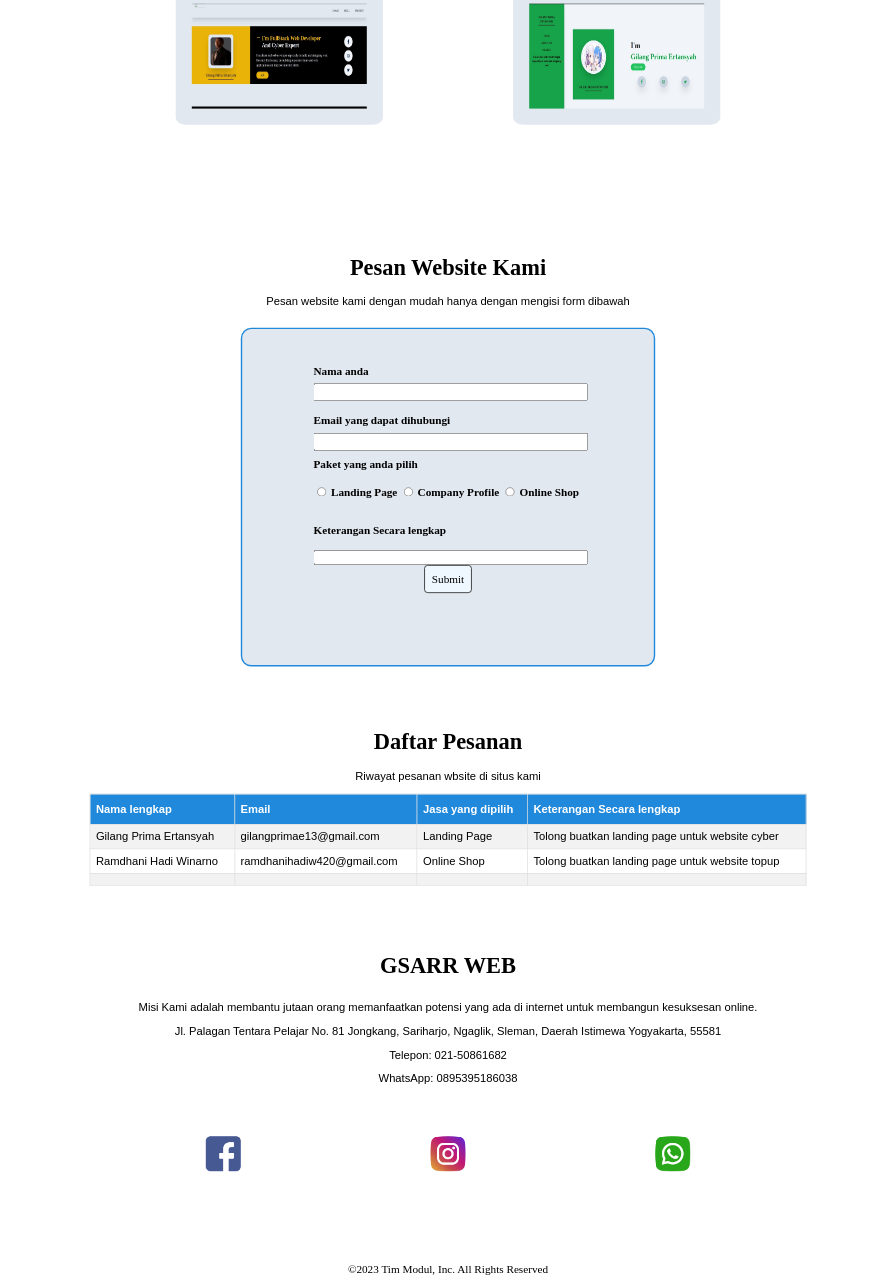
Repository: zecht12/TimModul
Page: TimModul.html
These files come from the project's save history. The page is drawn as it stood at one moment and after the next save; the edit follows.
The browser window is 1280 px wide. The pictures show the part of the page from y = 2543 to 4463 px (the page is 4378 px tall before and 4463 px after), at 70% of full size.

Above is the page before, as saved 2023-04-27 19:22:35.

### TimModul.html
<!DOCTYPE html>
<html lang="en">
<head>
    <meta charset="UTF-8">
    <meta http-equiv="X-UA-Compatible" content="IE=edge">
    <meta name="viewport" content="width=device-width, initial-scale=1.0">
    <link rel="stylesheet" href="style.css">
    <script src="script.js"></script>
    <title>Jasa Coding</title>
</head>
<body>
    <div style="height: 80px; width: 100%; background-color: white;">
        <header>
            <img src="./assets/wallpaper.jpg" alt="Image" style="height: 50px; width: 50px; border-radius: 100%;" >
            <ul class="nav_links">
                <li><a href="#">Home</a></li>
                <li><a href="#Paket">Harga</a></li>
                <li><a href="#Produk">Produk</a></li>
                <li><a href="#Forms">Form</a></li>
                <li><a href="#Dokumen">Dokumen</a></li>
            </ul>
        </headers>
    </div>
    <div style="background-image: url(./assets/bg.jpg); background-size: cover; background-position: top; width: 100%; height: 120vh; background-repeat: no-repeat; background-position: center;">
        <div style="display: flex; justify-content: center; align-items: center; padding: 5%; width: auto; height: auto;">
            <div style="height: auto; width: 70%; display: flex ; justify-content: center; align-items: center;">
                <div>
                    <div style=" display: flex; justify-content: center; align-items: center;">
                        <p style="text-align: center; color: white; font-size: 50px; font-weight: bold; width: 80%;">Jasa Pembuatan Website untuk Segala Kebutuhan Anda!</p>
                    </div>
                    <div style=" display: flex; justify-content: center; align-items: center; ">
                        <p style="text-align: center; color: white; font-size: large; width: 80%; ">Ingin wujudkan website impian tanpa ribet? Kami siap membantu Anda! Tersedia layanan jasa pembuatan website murah dan berkualitas dengan fitur terlengkap!</p>
                    </div>
                    <div style=" display: flex; justify-content: space-evenly; align-items: center;">
                        <div style=" display: flex; justify-content: center; align-items: center; gap: 5px;">
                            <img src="./assets/check.png" alt="check" width="30px" height="30px">
                            <p style="text-align: center; color: white; font-size: medium;">Proses Cepat</p>
                        </div>
                        <div style=" display: flex; justify-content: center; align-items: center; gap: 5px;">
                            <img src="./assets/check.png" alt="check" width="30px" height="30px">
                            <p style="text-align: center; color: white; font-size: medium">Harga Terjangkau</p>
                        </div>
                        <div style=" display: flex; justify-content: center; align-items: center; gap: 5px;">
                            <img src="./assets/check.png" alt="check" width="30px" height="30px">
                            <p style="text-align: center; color: white; font-size: medium;">Website Profesional</p>
                        </div>
                    </div>
                    <div style=" display: flex; justify-content: center; align-items: center; width: auto; height: auto;">
                        <p style="text-align: center; color: white; font-size: xx-large; font-weight: bold;">GSARR WEB</p>
                    </div>
                    <div style=" display: flex; justify-content: center; align-items: center; width: auto; height: auto;">
                        <a class="button1" href="#Paket" style="width: 200px; height: 50px; display: flex; justify-content: center; align-items: center; border-radius: 15px; background: #fff; color: #000; border: 2px solid #fff; cursor: pointer;">
                            Lihat Penawaran
                        </a>
                    </div>
                </div>
            </div>
        </div>
    </div>
    <div class="Paket" id="Paket" style="width: 100%; height: 120vh;">
        <p style="text-align: center; font-size: xx-large; font-weight: bold;">Harga Paket Jasa Pembuatan Website</p>
        <p style="text-align: center; font-size: medium; font-weight: bold; ">Tak perlu biaya mahal, Niagaweb menghadirkan jasa pembuatan website dengan harga terjangkau, fitur terbaik, dan layanan support nomor satu!</p>
        <div style="padding-left: 5%; padding-right: 5%;padding-top: 2%;display: flex;justify-content: space-evenly; align-items: center;" >
            <div style="padding: 2%; background-color: #e8ebf0; border-radius: 5%; height: 600px; width: 300px;">
                <p style="color: rgb(49, 49, 49); font-weight: bold; font-size: larger;">Landing Page</p>
                <p style="color: gray; font-weight: bold; font-size: medium;">Mulai dari:</p>
                <p style="color: #2089dc; font-size: xx-large; font-weight: bold; margin: auto; padding-bottom: 4%;">Rp 750.000</p>
                <div style="display: flex; justify-content: center; align-items: center;">
                    <a class="button1" href="#Forms" style="width: 200px; height: 50px; display: flex; justify-content: center; align-items: center; border-radius: 15px; background: transparent; color: #2089dc; border: 2px solid #2089dc; cursor: pointer;">
                        Checkout
                    </a>
                </div>
                <p style="color: gray; font-weight: bold; font-size: medium;">Bangun landing page dengan desain profesional! Biaya website terjangkau dengan fitur terbaik cocok untuk memulai bisnis online Anda.</p>
                <div style=" display: flex; justify-content: start; align-items: center; gap: 2px;">
                    <img src="./assets/check.png" alt="check" width="20px" height="20px">
                    <p style="color: black; font-size: medium;">Gratis Hosting dan Domain</p>
                </div>
                <div style=" display: flex; justify-content: start; align-items: center; gap: 2px;">
                    <img src="./assets/check.png" alt="check" width="20px" height="20px">
                    <p style="color: black; font-size: medium;">30 Pilihan Tema</p>
                </div>
                <div style=" display: flex; justify-content: start; align-items: center; gap: 2px;">
                    <img src="./assets/check.png" alt="check" width="20px" height="20px">
                    <p style="color: black; font-size: medium;">Free Maintenance di Bulan Pertama</p>
                </div>
                <div style=" display: flex; justify-content: start; align-items: center; gap: 2px;">
                    <img src="./assets/check.png" alt="check" width="20px" height="20px">
                    <p style="color: black; font-size: medium;">SEO Friendly</p>
                </div>
                <div style=" display: flex; justify-content: start; align-items: center; gap: 2px;">
                    <img src="./assets/check.png" alt="check" width="20px" height="20px">
                    <p style="color: black; font-size: medium;">Desain Responsif</p>
                </div>
                <div style=" display: flex; justify-content: start; align-items: center; gap: 2px;">
                    <img src="./assets/check.png" alt="check" width="20px" height="20px">
                    <p style="color: black; font-size: medium;">Pengerjaan 7 Hari Kerja</p>
                </div>
            </div>
            <div style="padding: 2%; background-color: #e8ebf0; border-radius: 5%; height: 600px; width: 300px;">
                <p style="color: rgb(49, 49, 49); font-weight: bold; font-size: larger;">Company Profile</p>
                <p style="color: gray; font-weight: bold; font-size: medium;">Mulai dari:</p>
                <p style="color: #2089dc; font-size: xx-large; font-weight: bold; margin: auto; padding-bottom: 4%;">Rp 2.000.000</p>
                <div style="display: flex; justify-content: center; align-items: center;">
                    <a class="button1" href="#Forms" style="width: 200px; height: 50px; display: flex; justify-content: center; align-items: center; border-radius: 15px; background: transparent; color: #2089dc; border: 2px solid #2089dc; cursor: pointer;">
                        Checkout
                    </a>
                </div>
                <p style="color: gray; font-weight: bold; font-size: medium;">Jasa pembuatan website untuk perusahaan B2B seperti konsultan, distributor, dan manufaktur. Saatnya tampilkan kesan profesional untuk perusahaan Anda!</p>
                <div style=" display: flex; justify-content: start; align-items: center; gap: 2px;">
                    <img src="./assets/check.png" alt="check" width="20px" height="20px">
                    <p style="color: black; font-size: medium;">Free Unlimited Hosting</p>
                </div>
                <div style=" display: flex; justify-content: start; align-items: center; gap: 2px;">
                    <img src="./assets/check.png" alt="check" width="20px" height="20px">
                    <p style="color: black; font-size: medium;">Free Maintenance Setiap Bulan</p>
                </div>
                <div style=" display: flex; justify-content: start; align-items: center; gap: 2px;">
                    <img src="./assets/check.png" alt="check" width="20px" height="20px">
                    <p style="color: black; font-size: medium;">Gratis Setup 5 Konten / Artikel</p>
                </div>
                <div style=" display: flex; justify-content: start; align-items: center; gap: 2px;">
                    <img src="./assets/check.png" alt="check" width="20px" height="20px">
                    <p style="color: black; font-size: medium;">1 Halaman Awal</p>
                </div>
                <div style=" display: flex; justify-content: start; align-items: center; gap: 2px;">
                    <img src="./assets/check.png" alt="check" width="20px" height="20px">
                    <p style="color: black; font-size: medium;">1x Revisi Desain</p>
                </div>
                <div style=" display: flex; justify-content: start; align-items: center; gap: 2px;">
                    <img src="./assets/check.png" alt="check" width="20px" height="20px">
                    <p style="color: black; font-size: medium;">500+ Tema Pilihan</p>
                </div>
            </div>
            <div style="padding: 2%; background-color: #e8ebf0; border-radius: 5%; height: 600px; width: 300px;">
                <p style="color: rgb(49, 49, 49); font-weight: bold; font-size: larger;">Online Shop</p>
                <p style="color: gray; font-weight: bold; font-size: medium;">Mulai dari:</p>
                <p style="color: #2089dc; font-size: xx-large; font-weight: bold; margin: auto; padding-bottom: 4%;">Rp 2.900.000</p>
                <div style="display: flex; justify-content: center; align-items: center;">
                    <a class="button1" href="#Forms" style="width: 200px; height: 50px; display: flex; justify-content: center; align-items: center; border-radius: 15px; background: transparent; color: #2089dc; border: 2px solid #2089dc; cursor: pointer;">
                        Checkout
                    </a>
                </div>
                <p style="color: gray; font-weight: bold; font-size: medium;">Jasa website profesional yang direkomendasikan untuk bisnis atau UKM B2C seperti bisnis kuliner, properti, konveksi, travel, dll.</p>
                <div style=" display: flex; justify-content: start; align-items: center; gap: 2px;">
                    <img src="./assets/check.png" alt="check" width="20px" height="20px">
                    <p style="color: black; font-size: medium;">Gratis Setup5 Produk Unggulan</p>
                </div>
                <div style=" display: flex; justify-content: start; align-items: center; gap: 2px;">
                    <img src="./assets/check.png" alt="check" width="20px" height="20px">
                    <p style="color: black; font-size: medium;">Integrasi Marketplace / Instagram Shop</p>
                </div>
                <div style=" display: flex; justify-content: start; align-items: center; gap: 2px;">
                    <img src="./assets/check.png" alt="check" width="20px" height="20px">
                    <p style="color: black; font-size: medium;">Fitur Payment & Shipping</p>
                </div>
                <div style=" display: flex; justify-content: start; align-items: center; gap: 2px;">
                    <img src="./assets/check.png" alt="check" width="20px" height="20px">
                    <p style="color: black; font-size: medium;">5 Halaman Awal</p>
                </div>
                <div style=" display: flex; justify-content: start; align-items: center; gap: 2px;">
                    <img src="./assets/check.png" alt="check" width="20px" height="20px">
                    <p style="color: black; font-size: medium;">1x Revisi Desain</p>
                </div>
                <div style=" display: flex; justify-content: start; align-items: center; gap: 2px;">
                    <img src="./assets/check.png" alt="check" width="20px" height="20px">
                    <p style="color: black; font-size: medium;">500+ Tema Pilihan</p>
                </div>
            </div>
        </div>
    </div>
    <div id="Produk" style="width: 100%; height: 100vh; padding-top: 5%;">
        <h1 style="text-align: center; font-size: xx-large; font: bolder;">Banyak Pilihan Desain</h1>
        <p style="text-align: center; font: caption;">Pilih satu dari puluhan desain yang tersedia</p>
        <div class="produk" id="produk" >
            <a href="./JenisWeb/Web1.html" style="padding: 2%; background-color: #E2E8F0; border-radius: 5%; display: flex; justify-items: center; align-items: center;">
                <img src="./assets/web.jpeg" alt="Image" style="height: 150px; width: 250px;" >
            </a>
            <a href="./JenisWeb/Web2.html" style="padding: 2%; background-color: #E2E8F0; border-radius: 5%; display: flex; justify-items: center; align-items: center;">
                <img src="./assets/web1.jpeg" alt="Image" style="height: 150px; width: 250px;" >
            </a>
            <a href="./JenisWeb/Web3.html" style="padding: 2%; background-color: #E2E8F0; border-radius: 5%; display: flex; justify-items: center; align-items: center;">
                <img src="./assets/web2.jpg" alt="Image" style="height: 150px; width: 250px;" >
            </a>
        </div>
        <div class="produk1" id="produk1" >
            <a href="./JenisWeb/Web4.html" style="padding: 2%; background-color: #E2E8F0; border-radius: 5%; display: flex; justify-items: center; align-items: center;">
                <img src="./assets/web3.jpg" alt="Image" style="height: 150px; width: 250px;" >
            </a>
            <a href="./JenisWeb/Web5.html" style="padding: 2%; background-color: #E2E8F0; border-radius: 5%; display: flex; justify-items: center; align-items: center;">
                <img src="./assets/web4.jpg" alt="Image" style="height: 150px; width: 250px;" >
            </a>
            <a href="./JenisWeb/Web6.html" style="padding: 2%; background-color: #E2E8F0; border-radius: 5%; display: flex; justify-items: center; align-items: center;">
                <img src="./assets/web5.jpg" alt="Image" style="height: 150px; width: 250px;" >
            </a>
        </div>
        <div class="produk2" id="produk2" >
            <a href="./JenisWeb/Web7.html" style="padding: 2%; background-color: #E2E8F0; border-radius: 5%; display: flex; justify-items: center; align-items: center;">
                <img src="./assets/web6.jpg" alt="Image" style="height: 150px; width: 250px;" >
            </a>
            <a href="./JenisWeb/Web8.html" style="padding: 2%; background-color: #E2E8F0; border-radius: 5%; display: flex; justify-items: center; align-items: center;">
                <img src="./assets/web7.jpg" alt="Image" style="height: 150px; width: 250px;" >
            </a>
        </div>
    </div>
    <h1 style="margin-top: 22%; text-align: center;">Pesan Website Kami</h1>
    <p style="text-align: center; font: caption;">Pesan website kami dengan mudah hanya dengan mengisi form dibawah</p>
    <div style="min-width: 60%; height: auto;">
        <div id="Forms" class="forms" id="forms" >
            <form style=" padding-bottom: 8%; padding-left: 8%; padding-right: 8%; padding-top: 4%; border-radius: 15px; background-color: #E2E8F0; color: #2089dc; border: 2px solid #2089dc;">
                <div class="Formnama">
                    <label for="Nama" class="Labelnama">Nama anda</label><br>
                    <input type="text" id="Nama" name="Nama" class="Nama">
                </div>

                <div class="Formemail">
                    <label for="Email" class="Labelemail">Email yang dapat dihubungi</label>
                    <input type="text" id="Email" name="Email" class="Email">
                </div>

                <p for="Pilihan" class="Pilihan">Paket yang anda pilih</p>
                <div style="padding-bottom: 5%;" id="Paket" >
                    <input type="radio" id="Landing_Page" name="Landing_Page" value="Landing_Page">
                    <label for="FrontEnd">Landing Page</label>

                    <input type="radio" id="Company_Profile" name="Company_Profile" value="Company_Profile">
                    <label for="BackEnd">Company Profile</label>

                    <input type="radio" id="Online_Shop" name="Online_Shop" value="Online_Shop">
                    <label for="FullStack">Online Shop</label><br>
                </div>

                <div>
                    <p style="color: black; font-weight: bold; padding-bottom: 1%;">Keterangan Secara lengkap</p>
                    <input type="text" id="Keterangan" name="Keterangan" class="Keterangan" style="width: 100%; height: 20%; ">
                </div>

                <div style="display: flex; justify-content: center; align-items: center;">
                    <input type="submit" value="Submit" class="Button">
                </div>
            </form>
        </div>
    </div>
    <h1 style="margin-top: 2%; text-align: center;">Daftar Pesanan</h1>
    <p style="text-align: center; font: caption;">Riwayat pesanan wbsite di situs kami</p>
    <div id="Dokumen" style="display: flex; justify-content: center; align-items: center; width: 100%;">
        <table id="customers">
            <tr>
                <th>Nama lengkap</th>
                <th>Email</th>
                <th>Jasa yang dipilih</th>
                <th>Keterangan Secara lengkap</th>
            </tr>
            <tr>
                <td>Gilang Prima Ertansyah</td>
                <td>gilangprimae13@gmail.com</td>
                <td>Landing Page</td>
                <td>Tolong buatkan landing page untuk website cyber</td>
            </tr>
            <tr>
                <td>Ramdhani Hadi Winarno</td>
                <td>ramdhanihadiw420@gmail.com</td>
                <td>Online Shop</td>
                <td>Tolong buatkan landing page untuk website topup</td>
            </tr>
            <tr>
                <td id="p1"></td>
                <td id="p2"></td>
                <td></td>
                <td id="p4"></td>
            </tr>
        </table>
    </div>
    <div style="height: 70vh; width: 100%; background-color: white; margin: auto; justify-content: center; align-items: center;">
        <div style="padding: 5%;">
            <p style="text-align: center; color: black; font-size: xx-large; font-weight: bold;">GSARR WEB</p>
            <p style="text-align: center; font: caption;">Misi Kami adalah membantu jutaan orang memanfaatkan potensi yang ada di internet untuk membangun kesuksesan online.</p>
            <p style="text-align: center; font: caption;">Jl. Palagan Tentara Pelajar No. 81 Jongkang, Sariharjo, Ngaglik, Sleman, Daerah Istimewa Yogyakarta, 55581</p>
            <div>
                <p style="text-align: center; font: caption;">Telepon: 021-50861682</p>
                <p style="text-align: center; font: caption;">WhatsApp: 0895395186038</p>
            </div>
            <div class="Social" style="display: flex; align-items: center; justify-content: space-between; background-color: transparent; gap: 20px; padding-left: 20%; padding-right: 20%; padding-top: 5%; ">
                <a href="" style="background-color: #fff;">
                    <img src="/assets/facebook.png" alt="FB" width="50px" height="50px">
                </a>
                <a href="">
                    <img src="/assets/instagram.png" alt="FB" width="50px" height="50px">
                </a>
                <a href="">
                    <img src="/assets/whatsapp.png" alt="FB" width="50px" height="50px">
                </a>
            </div>
        </div>
    </div>
    <div style="height: 50px; width: 100%; background-color: white; margin: auto; justify-content: center; align-items: center;">
        <p style="color: black; text-align: center; padding-top: 20px;">&copy;2023 Tim Modul, Inc. All Rights Reserved</p>
    </div>
</body>
</html>

Loaded but not shown: script.js (9 lines, source omitted); style.css (140 lines, source omitted)

After the next save:
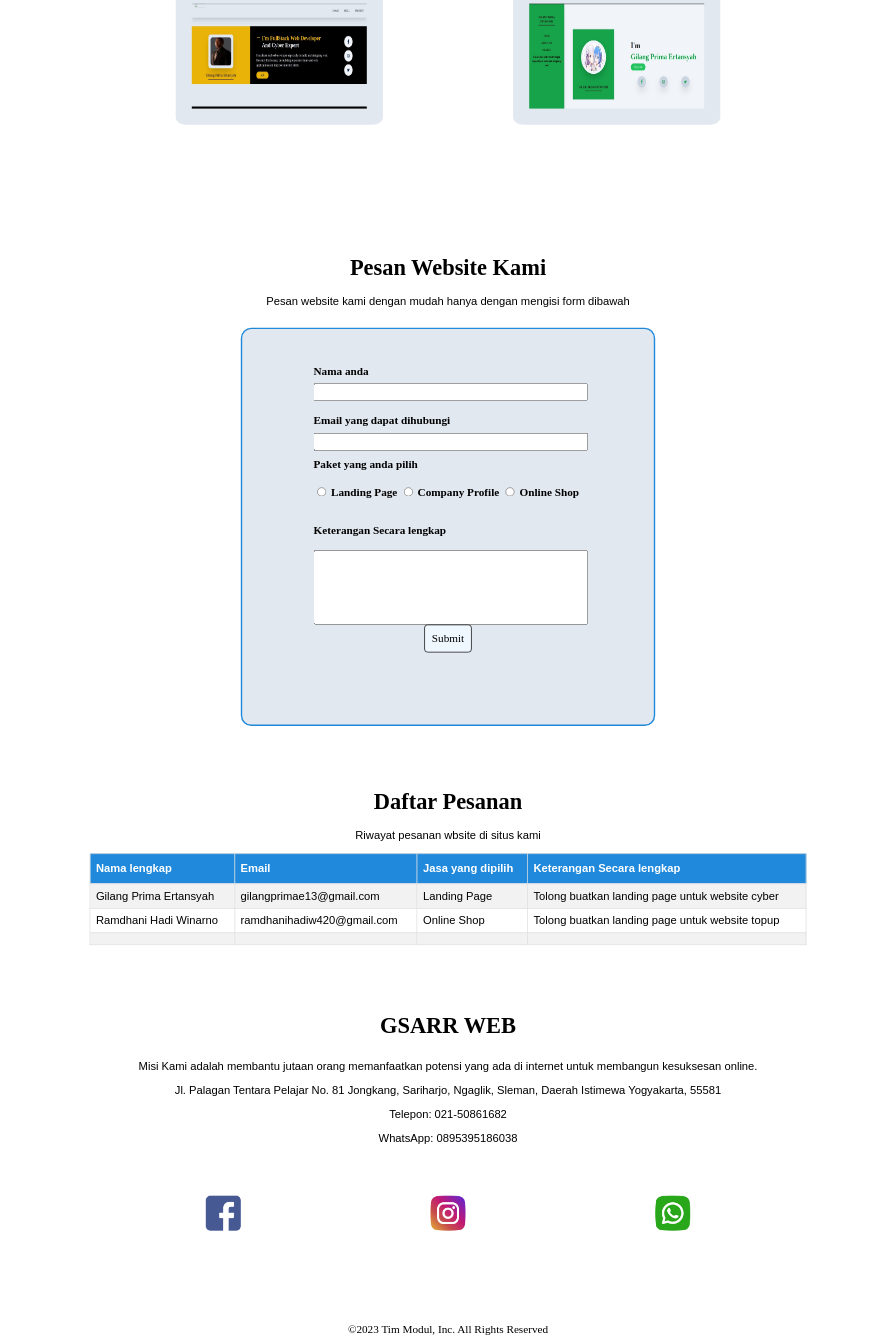
Saved 7 s later.
--- a/TimModul.html
+++ b/TimModul.html
@@ -231,7 +231,7 @@
 
                 <div>
                     <p style="color: black; font-weight: bold; padding-bottom: 1%;">Keterangan Secara lengkap</p>
-                    <input type="text" id="Keterangan" name="Keterangan" class="Keterangan" style="width: 100%; height: 20%; ">
+                    <input type="text" id="Keterangan" name="Keterangan" class="Keterangan" style="width: 100%; height: 100px; ">
                 </div>
 
                 <div style="display: flex; justify-content: center; align-items: center;">
